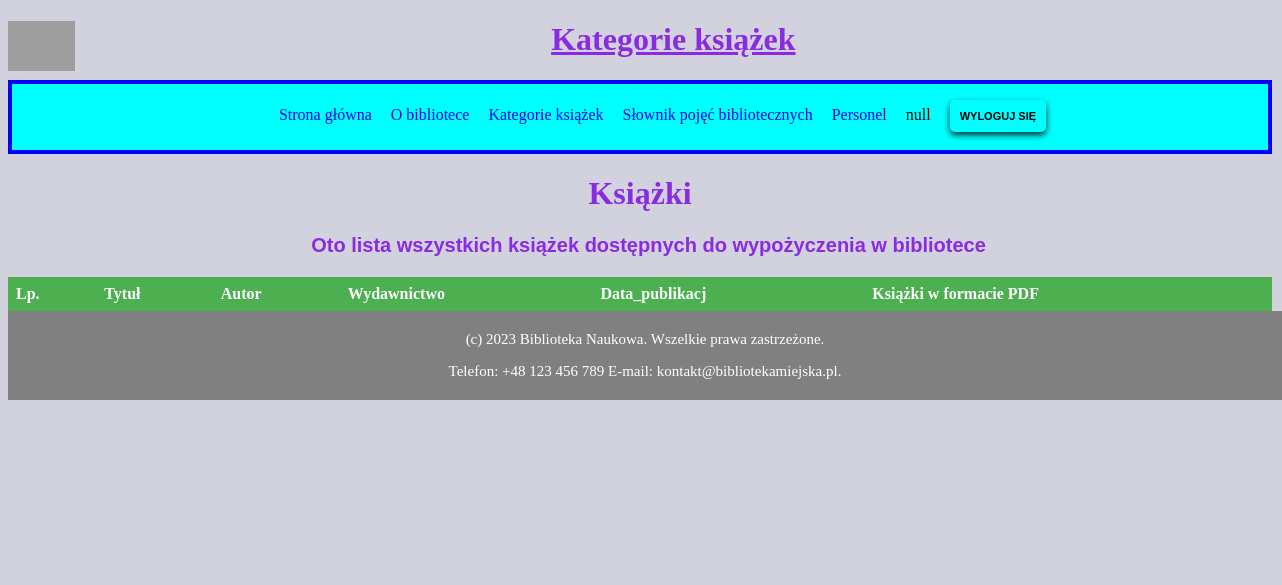
Repository: Dominik098/projekt
Page: http://localhost/biblioteka/C_Kategorie książek.jsp
The author's editor kept a copy of each file at every save. The page is drawn from the files as they stood at one save, then again after the next save.
The browser window is 1280 px wide. The page is 1282 px wide, so the pictures cover 1282 px, including what lies to the right of the window. The pictures show the whole page.
Pictures or frames that could not be fetched are drawn as grey boxes. The page is served by Tomcat 9. Other server files are loaded and not shown. Queries for data that is not in the repository find no rows.

Above is the page before, as saved 2023-05-02 09:08:30.

### java projekt/biblioteka/src/main/webapp/C_Kategorie książek.jsp
<%@ page language="java" contentType="text/html; charset=UTF-8"%>


<%@ page import="java.sql.*" %>


 <!DOCTYPE html>
<html lang="en">

<head>
    <meta charset="UTF-8">
    <meta http-equiv="X-UA-Compatible" content="IE=edge">
    <meta name="viewport" content="width=device-width, initial-scale=1.0">
    <link rel="stylesheet" href="C_kategorie.css" type="text/css">

    <link rel="icon" type="image/png" href="3.png" sizes="96x96" />
    <title>Kategorie książek </title>



</head>

<body>
    <tr>
        <td align="center"><img src="logo.jpg" name="ksiazka" align="left" weight="90px" height="50px"></td>
    </tr>
    <h1>
        <center><u>Kategorie książek</u></center>
    </h1>
    <header>
        <nav>
            <ul>
                <li class="znacznik" ><a href="A_strona-gl.jsp">Strona główna</a></li>
                <li class="znacznik" ><a href="B_O bibiotece.jsp">O bibliotece</a></li>
                <li  class="znacznik"><a href="C_Kategorie książek.jsp">Kategorie książek </a></li>
                <!--   <li><a href="D_Wypożyczenia.jsp">Wypożyczane </a></li>-->
                <li class="znacznik"><a href="E_Słownik pojęć.jsp">Słownik pojęć bibliotecznych</a></li>
                <li class="znacznik"><a href="F_personel.jsp">Personel</a></li>
               <!-- <li class="znacznik"><a href="G_login.jsp">Logowanie</a></li>
                <li class="znacznik"><a href="H_rejestracja.jsp">Rejestracja</a></li>-->

                <li ><a > <%=session.getAttribute("email-login") %> </a></li>
                <li  ><a href= "logout"><button class="wyloguj" >Wyloguj się</button></a></li>

            </ul>

        </nav>

    </header>
	    <h1>Książki </h1>

    <h3>Oto lista wszystkich książek dostępnych do wypożyczenia w bibliotece </h3>

<table>
    <tr>
        <th>Lp.</th>
        <th>Tytuł</th>
        <th>Autor</th>
        <th>Wydawnictwo</th>
        <th>Data_publikacj</th>
        <th>Książki w formacie PDF</th>


    </tr>
    <%
        try {
            // Połączenie z bazą danych
            String url = "jdbc:mysql://localhost:3306/Biblioteka";
            String user = "root";
            String password = "P@ssw0rd";
            Connection conn = DriverManager.getConnection(url, user, password);

            // Zapytanie SQL
            String sql = "SELECT * FROM Książki";
            PreparedStatement ps = conn.prepareStatement(sql);
            ResultSet rs = ps.executeQuery();

            // Wyświetlenie wyników zapytania
            int i=0;
            while (rs.next()) { i++;
                String tytuł = rs.getString("tytuł");
                String autor = rs.getString("autor");
                String wydawnictwo = rs.getString("wydawnictwo");
                String data_publikacji = rs.getString("data_publikacji");
                String pdf_link = rs.getString("pdf");



    %>
        <tr>
            <td><%= i %></td>
            <td><%= tytuł %></td>
            <td><%= autor %></td>
            <td><%= wydawnictwo %></td>
            <td><%= data_publikacji %></td>
            <td>
    <a href="<%= request.getContextPath() + pdf_link %>" target="_blank" download><button class="pobierz">Pobierz książkę </button></a>
</td>


        </tr>
    <%
            }
            // Zamykanie połączenia z bazą danych
            rs.close();
            ps.close();
            conn.close();
        } catch (SQLException e) {
            e.printStackTrace();
        }
    %>
</table>

<script>
    // Funkcja pobierająca plik PDF
    function pobierzPDF(link) {
        window.location.href = link;
    }
</script>



    <footer>
        <p>(c) 2023 Biblioteka Naukowa. Wszelkie prawa zastrzeżone.</p>
        <p>Telefon: +48 123 456 789  E-mail: kontakt@bibliotekamiejska.pl.</p>

    </footer>



</body>

</html>

### java projekt/biblioteka/src/main/webapp/C_kategorie.css
body {
    background-color: rgb(210, 210, 222);

}

header {
    border: 4px;
    background-color: aqua;
    border: 4px solid blue;
    padding-bottom: 2px;
}



h1 {
    text-align: center;
    color: blueviolet;

}

h3 {
    text-align: center;
    margin-left: 17px;
    color: blueviolet;
    font-family: Arial;
    font-size: 20px;

}




ul li {
    display: inline;
    margin-left: 5px;
    padding: 5px;

}

ul {
    text-align: center;
}

a {
    padding-top: 5px;
    padding-bottom: 5px;
    text-decoration: none;
}






footer {
    text-align: center;
    font-size: 15px;
    color: white;
    background-color: gray;


    bottom: 0;
    margin-top: auto;
    width: 100%;
    padding: 5px;
}



table {
        background-color: #f9f9f9;
        border-collapse: collapse;
        width: 100%;
    }

    th, td {
        text-align: left;
        padding: 8px;
    }

    th {
        background-color: #4CAF50;
        color: white;
    }


    tr:hover {
  border-bottom: 2px solid red;
}


.pobierz{

  display: inline-block;
  padding: 10px 20px;
  font-size: 12px;
  font-weight: bold;
  text-align: center;
  text-transform: uppercase;
  color: #fff;
  background-color: #4CAF50;
  border: none;
  border-radius: 5px;
  box-shadow: 0 3px 6px rgba(0, 0, 0, 0.3);
  cursor: pointer;
  transition: background-color 0.3s ease;
}

.pobierz:hover {
  background-color: #0056b3;
}

.klik {
  background-color: transparent;
  border: none;
  cursor: pointer;
  background-color:  aqua;
  border: none;
  border-radius: 5px;
  box-shadow: 0 3px 6px rgba(0, 0, 0, 0.1);
  font-size: 11px;
  font-weight: bold;
  text-align: center;
}

.klik:hover {
  background-color: #0056b3;
  color: #ffffff;
}

.wyloguj{

  display: inline-block;
  padding: 10px 10px;
  font-size: 11px;
  font-weight: bold;
  text-align: center;
  text-transform: uppercase;
  color: black;
  background-color:  aqua;
  border: none;
  border-radius: 5px;
  box-shadow: 0 3px 6px rgba(0, 0, 0, 0.8);
  cursor: pointer;
  transition: background-color 0.3s ease;
}

.wyloguj:hover {
  background-color: #0056b3;
}
 .dodanie{
 display: inline-block;
  padding: 10px 10px;
  font-size: 11px;
  font-weight: bold;
  text-align: center;
  text-transform: uppercase;
  color: black;
  background-color:  rgb(210, 210, 222);
  border: none;
  border-radius: 5px;
  box-shadow: 0 3px 6px rgba(0, 0, 0, 0.6);
  cursor: pointer;
  transition: background-color 0.3s ease;

 }
 .dodanie:hover{
 background-color: #0056b3;
 }
#info{
	text-align: center;

}
 #info_przycisk {
        background-color: #4CAF50;
        color: #fff;
        border: none;
        padding: 5px 10px;
        border-radius: 4px;

        cursor: pointer;
        transition: background-color 0.3s ease;
    }

After the next save:
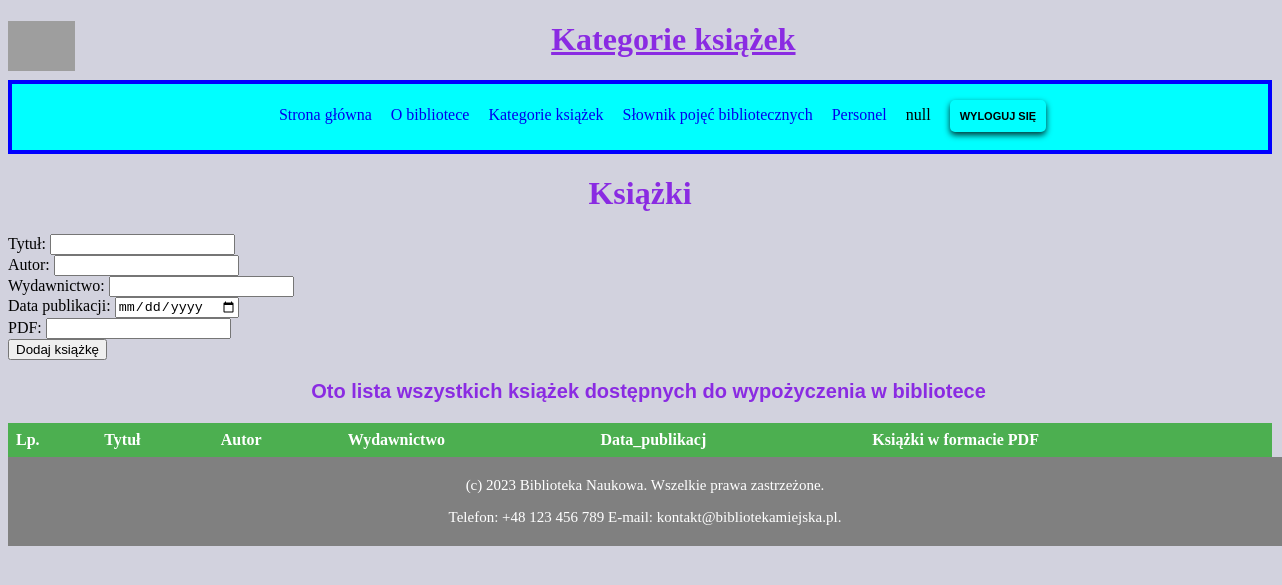
Saved 2 min 25 s later.
--- a/java projekt/biblioteka/src/main/webapp/C_Kategorie książek.jsp
+++ b/java projekt/biblioteka/src/main/webapp/C_Kategorie książek.jsp
@@ -48,6 +48,25 @@
 
     </header>
 	    <h1>Książki </h1>
+
+	    <form action="dodajKsiazke" method="post">
+  <label>Tytuł:</label>
+  <input type="text" name="tytul"><br>
+
+  <label>Autor:</label>
+  <input type="text" name="autor"><br>
+
+  <label>Wydawnictwo:</label>
+  <input type="text" name="wydawnictwo"><br>
+
+  <label>Data publikacji:</label>
+  <input type="date" name="data_publikacji"><br>
+
+  <label>PDF:</label>
+  <input type="text" name="pdf"><br>
+
+  <input type="submit" value="Dodaj książkę">
+</form>
 
     <h3>Oto lista wszystkich książek dostępnych do wypożyczenia w bibliotece </h3>
 
